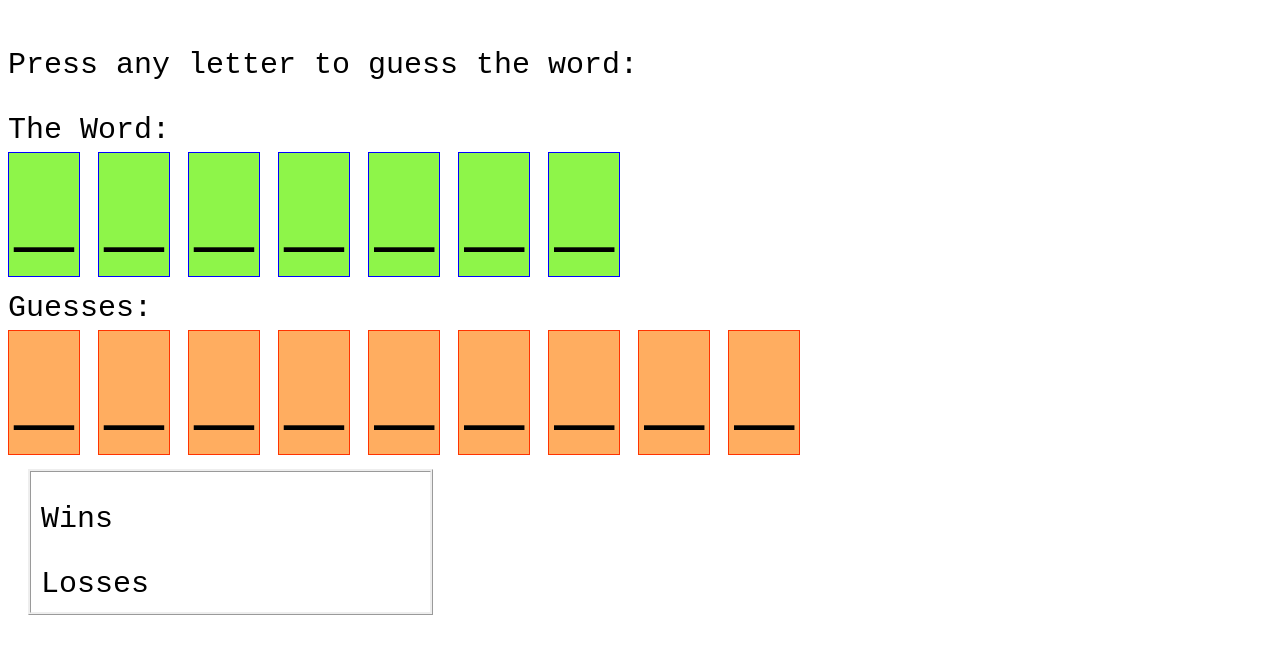
Repository: dsaftler/JavaScript
Page: index.html
The author's editor kept a copy of each file at every save. The page is drawn from the files as they stood at one save, then again after the next save.
The browser window is 1280 px wide. The pictures show the whole page.

Above is the page before, as saved 2019-03-30 23:16:36.

After the next save:
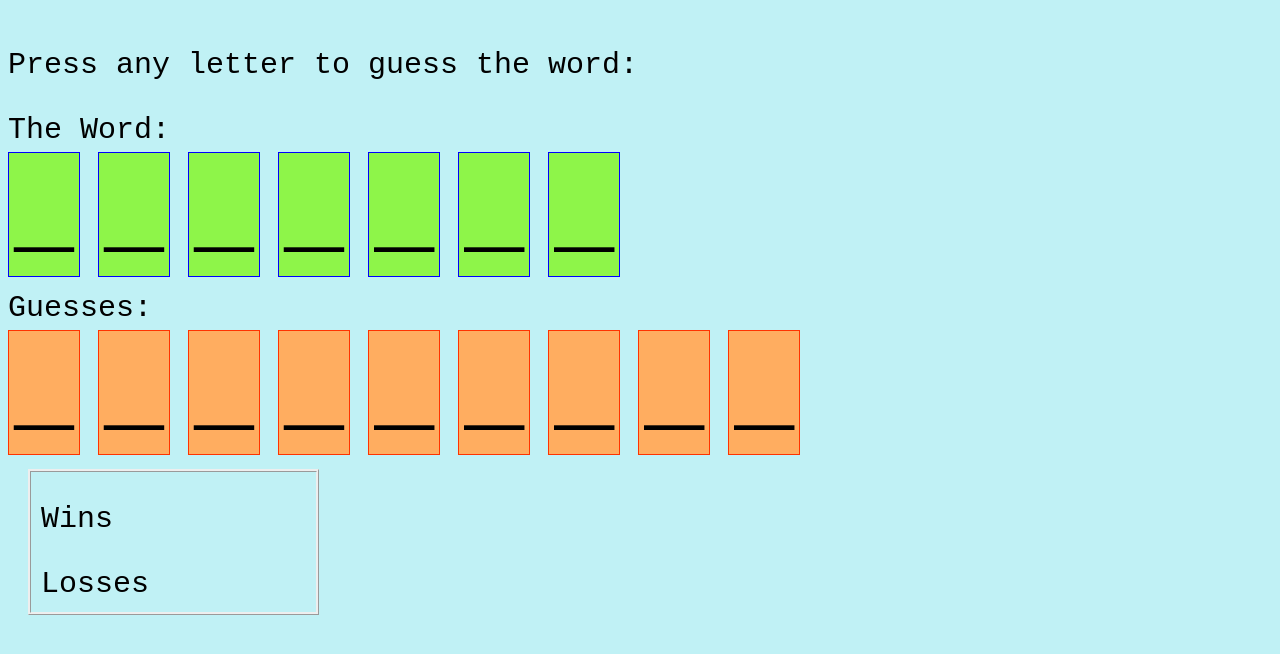
Saved 42 s later.
--- a/assets/css/style.css
+++ b/assets/css/style.css
@@ -1,7 +1,7 @@
 body {font-family: 'Ubuntu+Mono',monospace, sans-serif;
-font-weight: 400}
-background-color: rgb(192, 241, 245)
-height: 600px;
+  font-weight: 400;
+  background-color: rgb(192, 241, 245);
+  height: 600px;
 }
 .container {width:70%;
   max-width: 960px;
